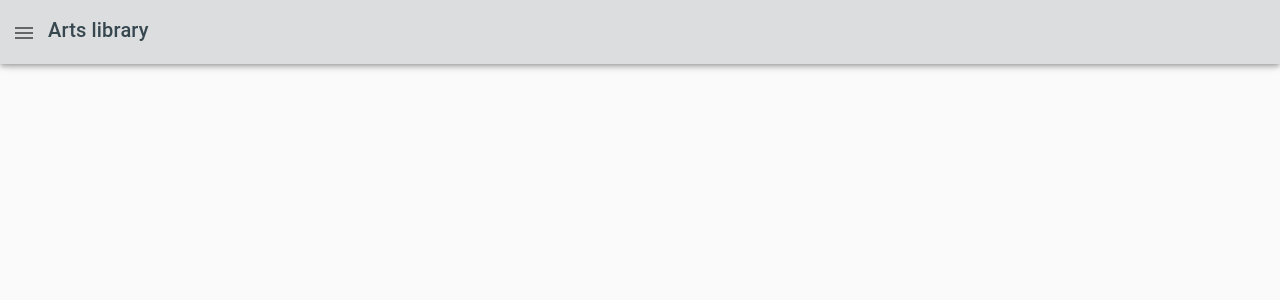
Repository: milosKomiRajkovic94/library-of-known-art
Page: /
An editor plug-in stored every save of this project. The page is shown before and after the next save, followed by the edit.
The browser window is 1280 px wide. The pictures show the whole page.
The project was rebuilt for these pictures with package versions that can differ from the ones it lists, and the page was loaded fresh each time.

Above is the page before, as saved 2020-03-05 11:20:55.

After the next save:
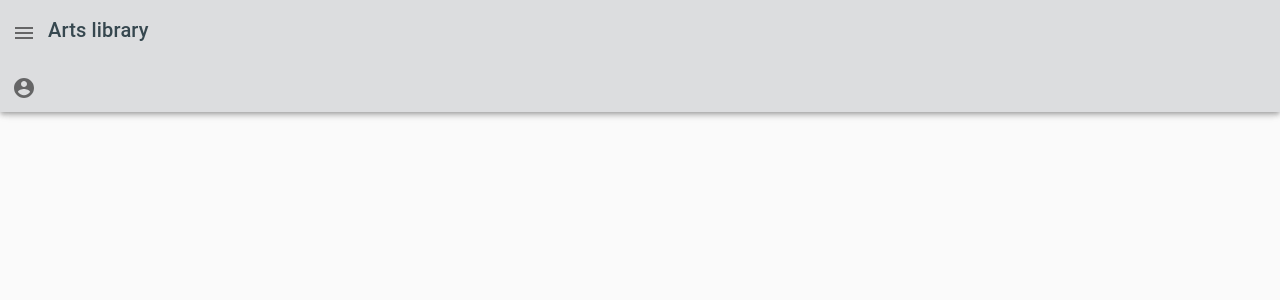
Saved 73 s later.
--- a/src/components/HeaderComponents/HeaderContainer.js
+++ b/src/components/HeaderComponents/HeaderContainer.js
@@ -35,6 +35,16 @@ class HeaderContainer extends React.Component{
                         Arts library
                     </Typography>
                 </Toolbar>
+                <div
+                    className={'menuHeaderIcons'}
+                >
+                    <IconButton>
+                        <AccountCircleIcon />
+                    </IconButton>
+                    <IconButton>
+
+                    </IconButton>
+                </div>
             </AppBar>
         )
     }

After the save that followed:
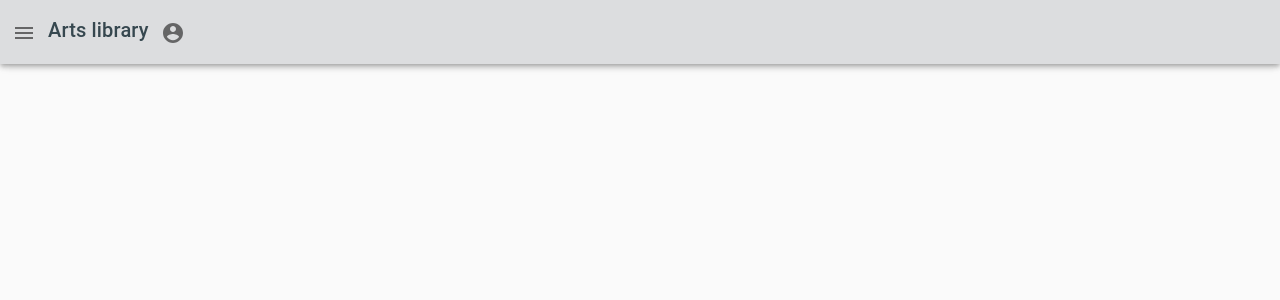
Saved 22 s later.
--- a/src/scss/_header.scss
+++ b/src/scss/_header.scss
@@ -12,3 +12,7 @@ header.MuiPaper-root.MuiAppBar-root.MuiAppBar-positionFixed.MuiAppBar-colorPrima
 .toolbar h6.MuiTypography-root.MuiTypography-h6.MuiTypography-displayBlock {
     line-height: 3em;
 }
+
+.menuHeaderIcons{
+    display: inline-block;
+}
